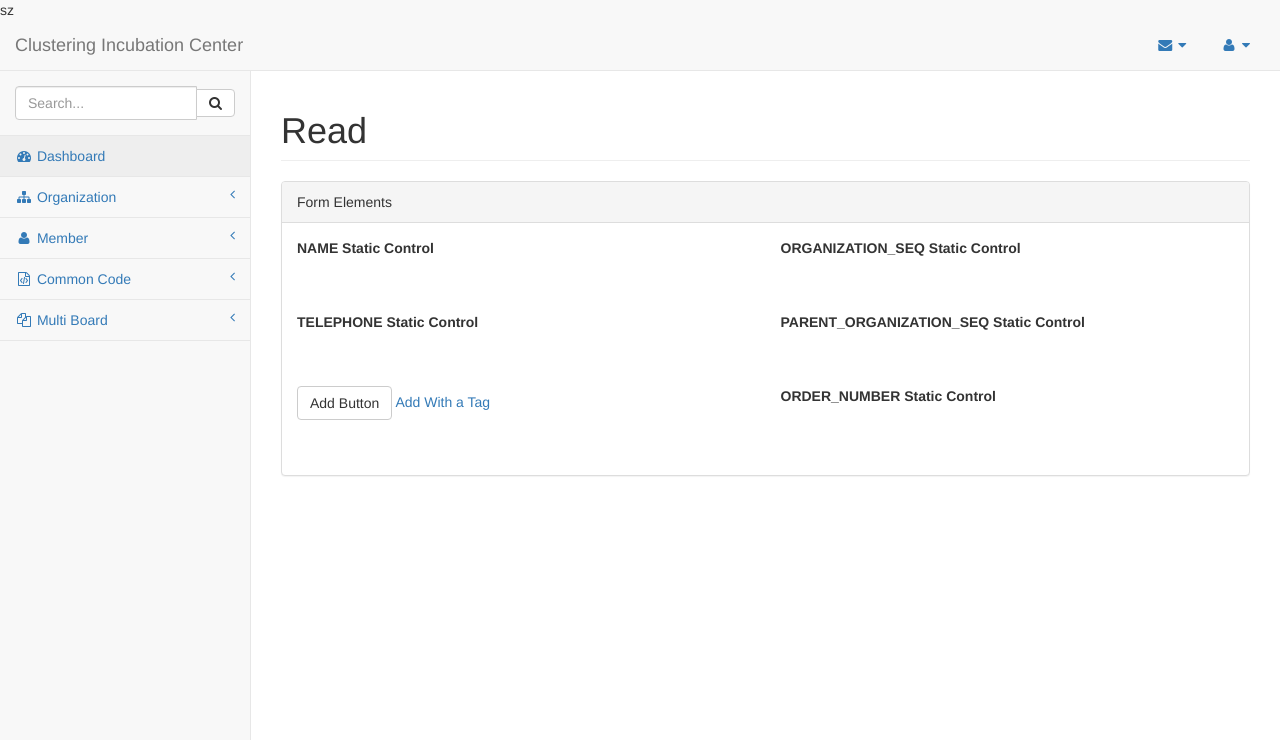
Repository: JakeLEESEUNGJU/SpringTest
Page: http://localhost/CIP_DownloadSource/organization/read
These files come from the project's save history. The page is drawn as it stood at one moment and after the next save; the edit follows.
The browser window is 1280 px wide. The pictures show the whole page.
The page is served by Tomcat 9.

Above is the page before, as saved 2018-05-31 06:28:43.

After the next save:
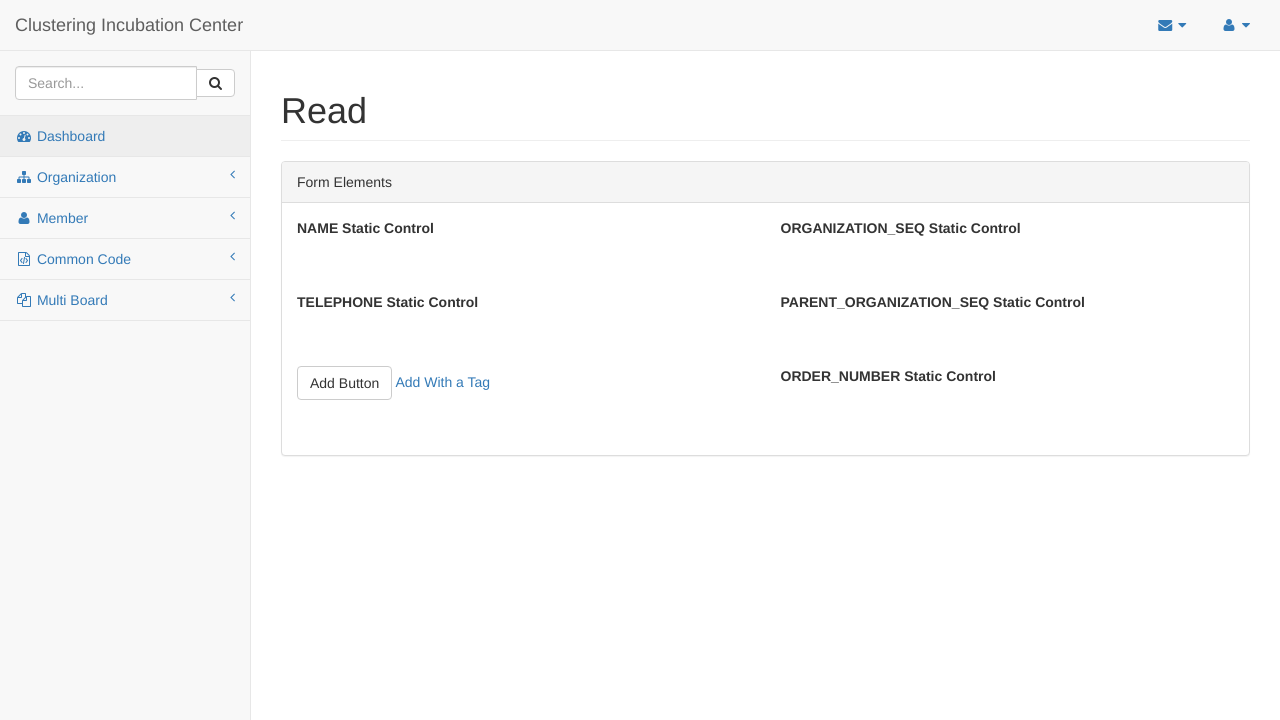
Saved 68 s later.
--- a/workspace-sts-3.9.3.RELEASE/CIP_DownloadSource/src/main/webapp/WEB-INF/views/organization/read.jsp
+++ b/workspace-sts-3.9.3.RELEASE/CIP_DownloadSource/src/main/webapp/WEB-INF/views/organization/read.jsp
@@ -2,7 +2,7 @@
 	pageEncoding="UTF-8"%>
 <%@ taglib uri="http://java.sun.com/jsp/jstl/core" prefix="c" %>
 <%@ taglib uri="http://java.sun.com/jsp/jstl/fmt" prefix="fmt"%>
-sz
+
 <!DOCTYPE html PUBLIC "-//W3C//DTD HTML 4.01 Transitional//EN" "http://www.w3.org/TR/html4/loose.dtd">
 <html>
 <head>
